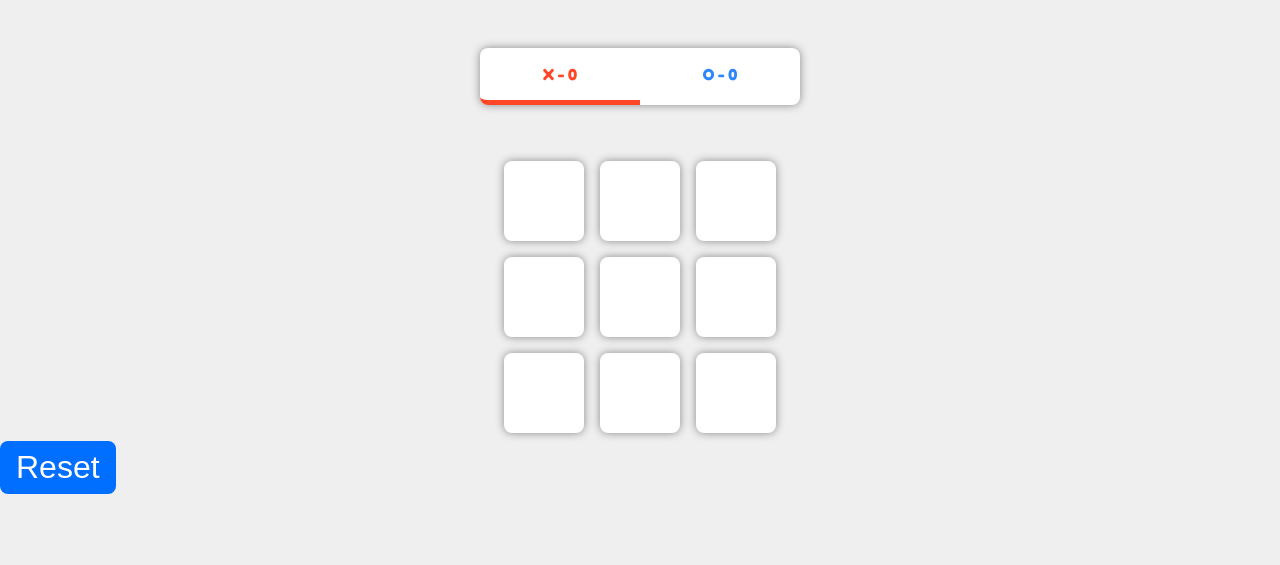
Repository: Seva2705/tic-tac-toe.github.io
Page: /
The author's editor kept a copy of each file at every save. The page is drawn from the files as they stood at one save, then again after a run of saves.
The browser window is 1280 px wide. The pictures show the whole page.
The project was rebuilt for these pictures with package versions that can differ from the ones it lists, and the page was loaded fresh each time.

Above is the page before, as saved 2023-04-04 18:11:11.

### public/index.html
<!DOCTYPE html>
<html lang="en">
<head>
  <meta charset="utf-8" />
  <link rel="icon" href="%PUBLIC_URL%/favicon.ico" />
  <meta name="viewport" content="width=device-width, initial-scale=1" />
  <meta name="theme-color" content="#000000" />
  <meta
  name="description"
  content="Web site created using create-react-app"
  />
  <link rel="apple-touch-icon" href="%PUBLIC_URL%/logo192.png" />
  <link rel="preconnect" href="https://fonts.googleapis.com">
  <link rel="preconnect" href="https://fonts.gstatic.com" crossorigin>
  <link href="https://fonts.googleapis.com/css2?family=Fredoka:wght@400;500;700&display=swap" rel="stylesheet">
  <!--
    manifest.json provides metadata used when your web app is installed on a
    user's mobile device or desktop. See https://developers.google.com/web/fundamentals/web-app-manifest/
  -->
  <link rel="manifest" href="%PUBLIC_URL%/manifest.json" />
  <!--
    Notice the use of %PUBLIC_URL% in the tags above.
    It will be replaced with the URL of the `public` folder during the build.
    Only files inside the `public` folder can be referenced from the HTML.

    Unlike "/favicon.ico" or "favicon.ico", "%PUBLIC_URL%/favicon.ico" will
    work correctly both with client-side routing and a non-root public URL.
    Learn how to configure a non-root public URL by running `npm run build`.
  -->
  <title>React App</title>
</head>
<body>
  <noscript>You need to enable JavaScript to run this app.</noscript>
  <div id="root"></div>
  <!--
    This HTML file is a template.
    If you open it directly in the browser, you will see an empty page.

    You can add webfonts, meta tags, or analytics to this file.
    The build step will place the bundled scripts into the <body> tag.

      To begin the development, run `npm start` or `yarn start`.
      To create a production bundle, use `npm run build` or `yarn build`.
    -->
  </body>
  </html>

### src/App.js
import React, {useState} from 'react';
import './App.css';
import Board from './components/Board';
import ResetButton from './components/ResetButton';
import ResetBoard from './components/ResetButton';
import ScoreBoard from './components/ScoreBoard';


function App() {

  const WIN_CONDITIONS = [
    [0, 1, 2],
    [3, 4, 5],
    [6, 7, 8],
    [0, 3, 6],
    [1, 4, 7],
    [2, 5, 8],
    [0, 4, 8],
    [2, 4, 6]
  ]

  const [board, setBoard] = useState(Array(9).fill(null));
  const [xPlaying, setXPlaying] = useState(true);
  const [scores, setScores] = useState({xScore: 0, oScore: 0});
  const [gameOver, setGameOver] = useState(false);


  const handleBoxClick = (boxIdx) => {
    const updatedBoard = board.map((value, idx) => {
      if (idx === boxIdx) {
        return xPlaying === true ? 'X' : 'O';
      } else {
        return value;
      }

    })

    const winner = checkWinner(updatedBoard);

    if (winner) {
      if (winner === 'O') {
        let { oScore } = scores;
        oScore += 1;
        setScores({...scores, oScore});
      } else {
        let { xScore } = scores;
        xScore += 1;
        setScores({...scores, xScore});
      }
    }





    setBoard(updatedBoard);
    setXPlaying(!xPlaying);
  }

  const checkWinner = (board) => {
    for(let i = 0; i < WIN_CONDITIONS.length; i++) {
      const [x, y, z] = WIN_CONDITIONS[i];

      if (board[x] && board[x] === board[y] && board[y] === board[z]) {
        setGameOver(true)
        return board[x];
    }
  }
  }

  const resetBoard = () => {
    setGameOver(false);
    setBoard(Array(9).fill(null))
  }

  return (
    <div className="App">
      <ScoreBoard scores={scores} xPlaying={xPlaying}/>
      <Board board={board} onClick={gameOver ? resetBoard : handleBoxClick}/>
      <ResetButton  resetBoard={resetBoard}/>


    </div>
  );
}

export default App;

### src/App.css
* {
  box-sizing: border-box;

}

body {
  margin: 0;
  background-color: #efefef;
  font-family: "Fredoka", sans-serif;
}

### src/components/Board.js
import React from 'react'
import Box from './Box'
import './Board.css'

const Board = ({board, onClick}) => {
  return (
    <div className='board'>
        {board.map((value, idx) => {
            return <Box value={value} onClick={() => value ===null && onClick(idx)}/>
        }
        )}
        </div>
  )
}

export default Board

### src/components/ResetButton.js
import React from 'react'

import './ResetButton.css'

const ResetButton = ({resetBoard}) => {
  return (
    <button className='reset-btn' onClick={resetBoard}>Reset</button>
  )
}

export default ResetButton

### src/components/ScoreBoard.js
import React from 'react'
import './ScoreBoard.css'

const ScoreBoard = ({scores, xPlaying}) => {
    const {xScore, oScore} = scores;
  return (
    <div className='scoreboard'>
        <span className={`score x-score ${!xPlaying && 'inactive'}`}>X - {xScore}</span>
        <span className={`score o-score ${xPlaying && 'inactive'}`}>O - {oScore}</span>
    </div>
  )
}

export default ScoreBoard

### src/components/Box.js
import React from 'react'

import './Box.css'

const Box = ({value, onClick}) => {
    const style = value === "X" ? "box x" : "box o";
  return (
    <button className={style} onClick={onClick}>{value}</button>
  )
}

export default Box

### src/components/Board.css
.board {
    display: grid;
    grid-template-columns: repeat(3, 6rem);
    place-items: center;
    justify-content: center;
}

### src/components/ResetButton.css
.reset-btn {
    border: none;
    border-radius: 0.5rem;
    background-color: rgb(0, 110, 255);
    color: white;
    font-size: 2rem;
    padding: 0.5rem 1rem;
    margin: ;

}

### src/components/ScoreBoard.css
.scoreboard {
    display: flex;
    flex-direction: row;
    align-items: center;
    justify-content: space-evenly;
    width: 20rem;
    background-color: white;
    margin: 3rem auto;
    box-shadow: 0px 0px 8px #888;
    border-radius: 0.5rem;
    font-weight: bold;

}

.score {
    width: 100%;
    text-align: center;
    padding: 1rem 0;
}

.x-score {
    color: rgb(255,70,37);
    border-bottom: 5px solid rgb(255,70,37);
    border-radius: 0.5rem 0 0 0.5rem;
}
.o-score {
    color: rgb(44,135,255);
    border-bottom: 5px solid rgb(44,135,255);
    border-radius: 0 0.5rem 0.5rem 0;
}

.inactive {
    border-bottom: 5px solid transparent;
}

### src/components/Box.css
.box {
    background-color: white;
    border: none;
    border-radius: 10%;
    box-shadow: 0px 0px 8px #888;
    width: 5rem;
    height: 5rem;
    text-align: center;
    font-size: 5em;
    font-family: "Fredoka", sans-serif;
    font-weight: bold;
    line-height: 5rem;
    margin: 0.5rem;
    cursor: pointer;

}

.x {
    color: rgb(255, 70, 37)
}
.o {
    color: rgb(44, 135, 255)
}

.box:hover {
    box-shadow: 0px 0px 15px #888;
}

Loaded but not shown: src/index.js (common file); src/index.css (common file)

After the next 2 saves:
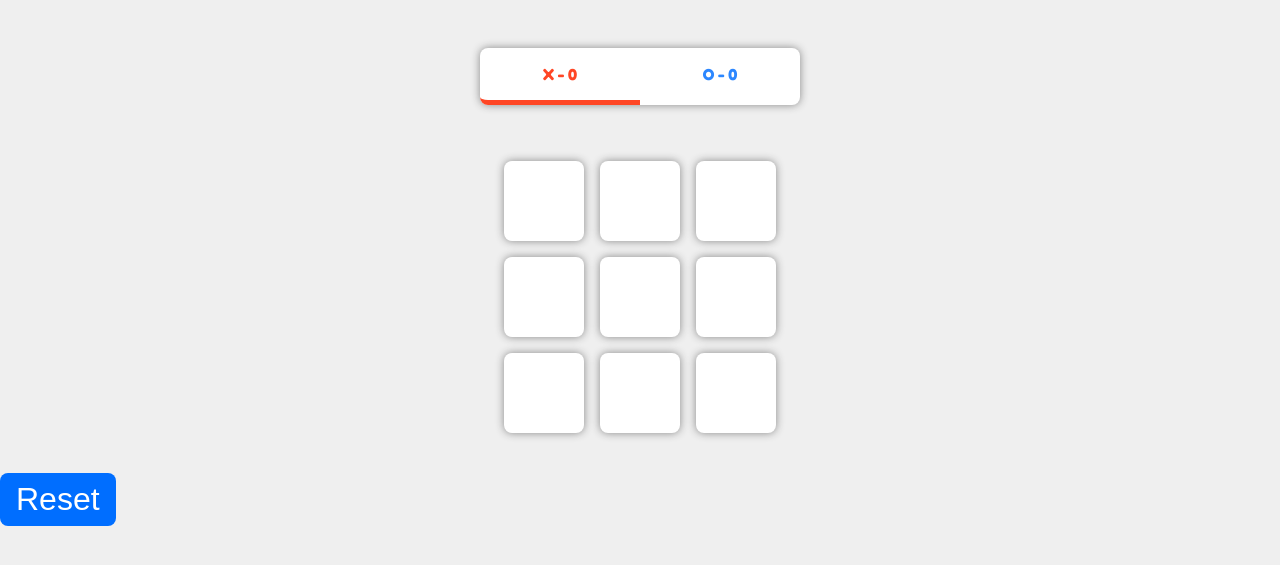
The 2 saves are shown as one change because they came seconds apart.
The last was saved 11 s later.
--- a/src/components/ResetButton.css
+++ b/src/components/ResetButton.css
@@ -5,6 +5,7 @@
     color: white;
     font-size: 2rem;
     padding: 0.5rem 1rem;
-    margin: ;
+    margin: 2rem auto;
+
 
 }
